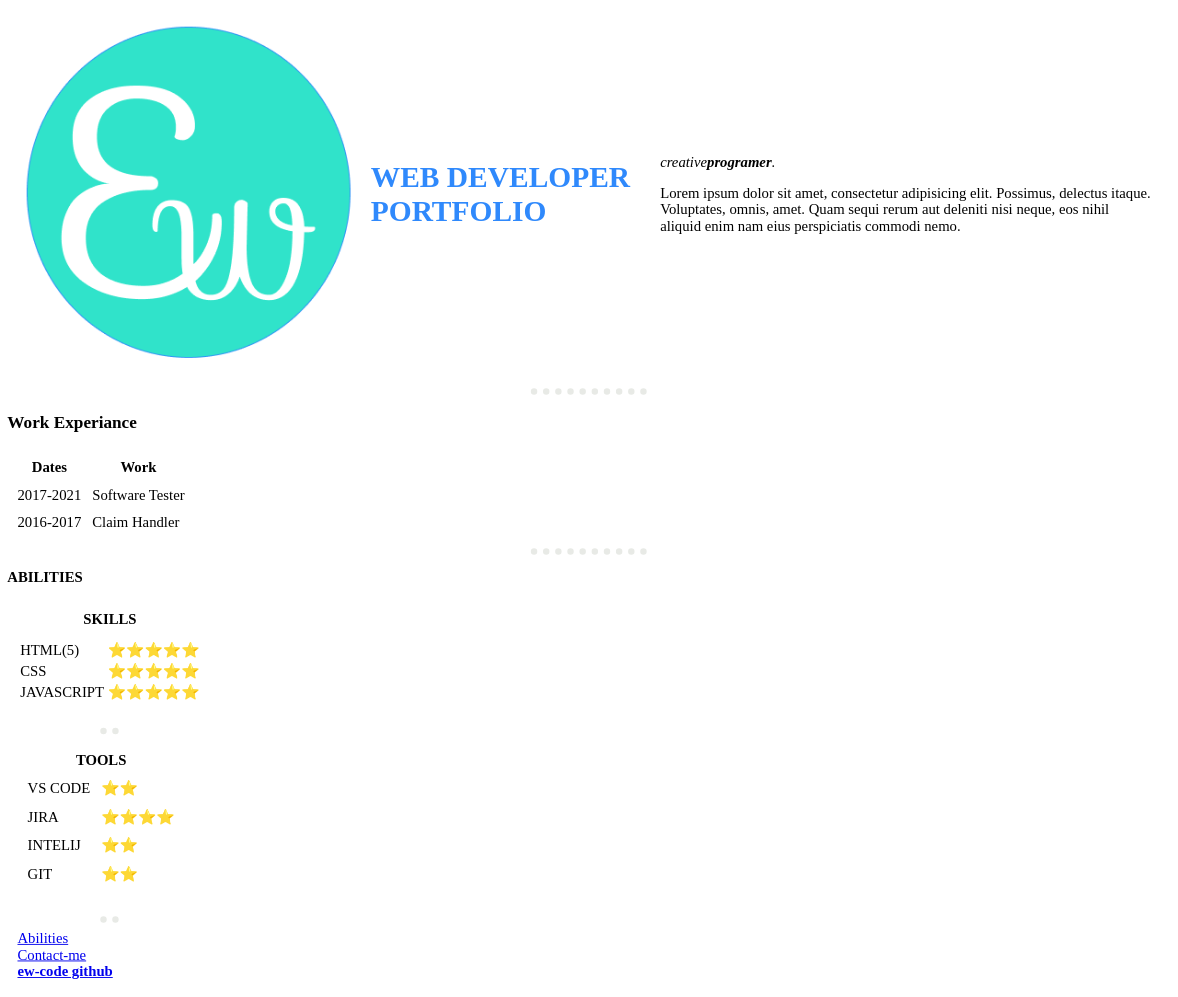
Repository: ew-code/Web-Development
Page: HTML - Personal Site/index.html
An editor plug-in stored every save of this project. The page is shown before and after the next save, followed by the edit.
The browser window is 1280 px wide. The pictures show the whole page, at 92% of full size.

Above is the page before, as saved 2021-01-06 22:30:45.

After the next save:
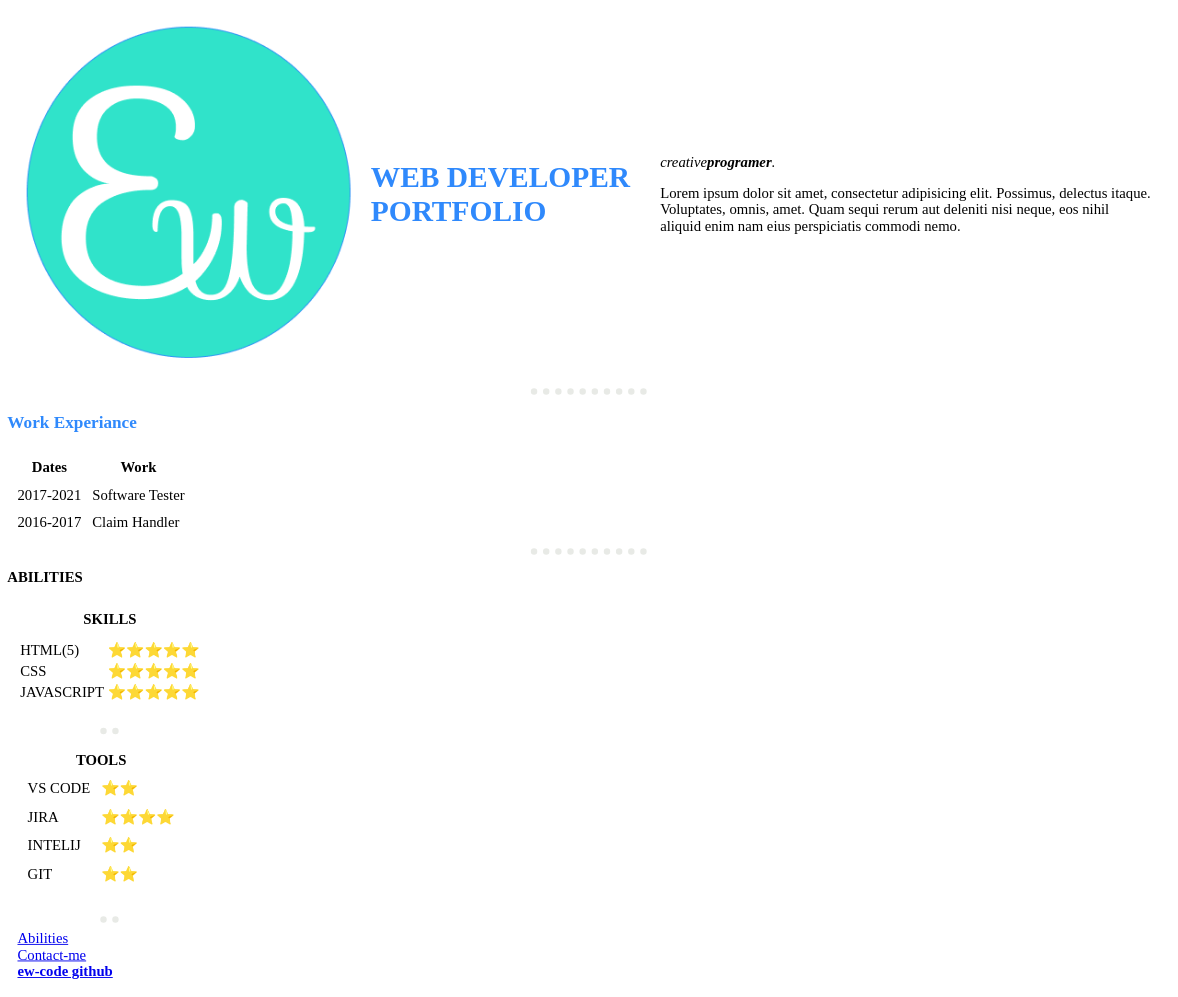
Saved 4 s later.
--- a/HTML - Personal Site/css/styles.css
+++ b/HTML - Personal Site/css/styles.css
@@ -7,7 +7,7 @@ h1 {
 }
 
 h3 {
-    color: 2F89FC;
+    color: #2F89FC;
 }
   hr {
       border-style: none;
